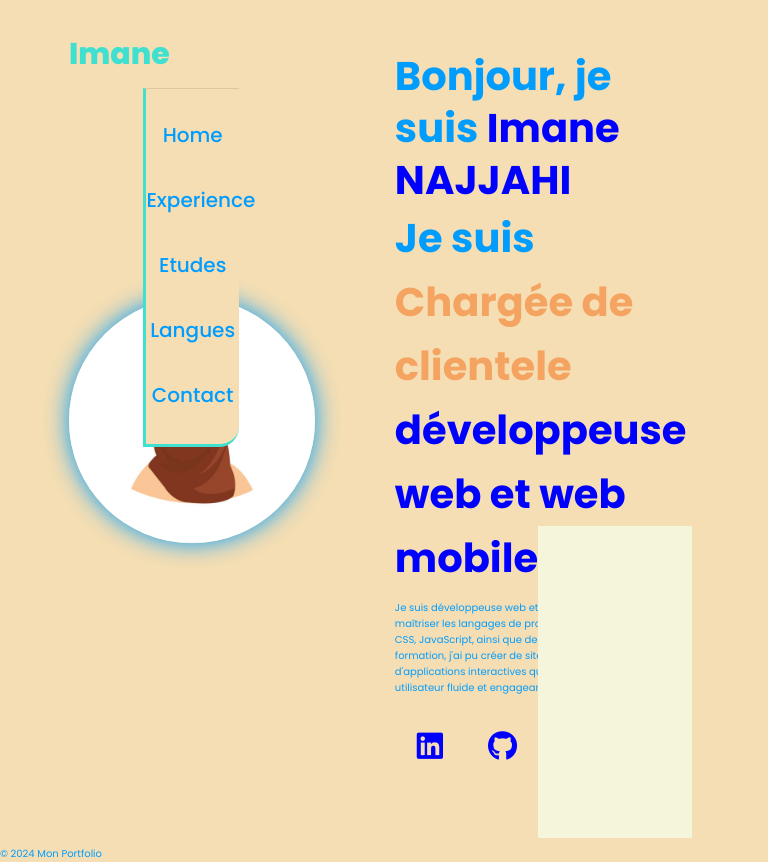
Repository: Najjahi/10mentions_web_back
Page: 02_PHP/portefolio/apropos.html
An editor plug-in stored every save of this project. The page is shown before and after the next save, followed by the edit.
The browser window is 768 px wide. The pictures show the whole page.
Some web fonts or font styles are not loaded; a fallback is used. Some web libraries are served in a nearby version.

Above is the page before, as saved 2024-12-03 10:48:46.

After the next save:
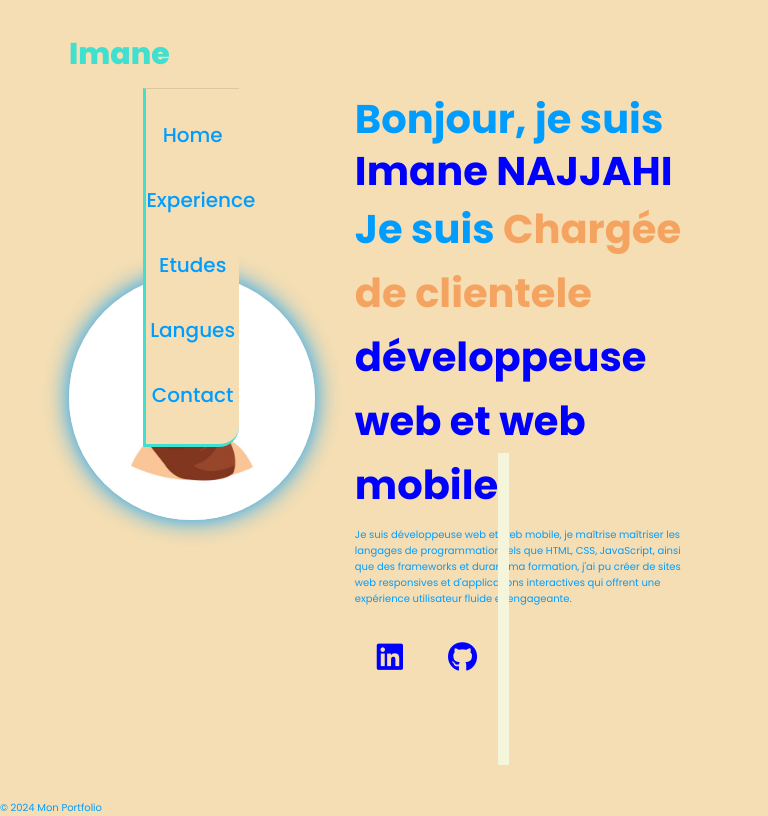
Saved 4 s later.
--- a/02_PHP/portefolio/css/style.css
+++ b/02_PHP/portefolio/css/style.css
@@ -237,6 +237,6 @@ nav a:active{
     }
     @media(max-width: 1000px){
         .home{
-            gap
-        }
-    }
+            gap:4rem
+        }
+    }
